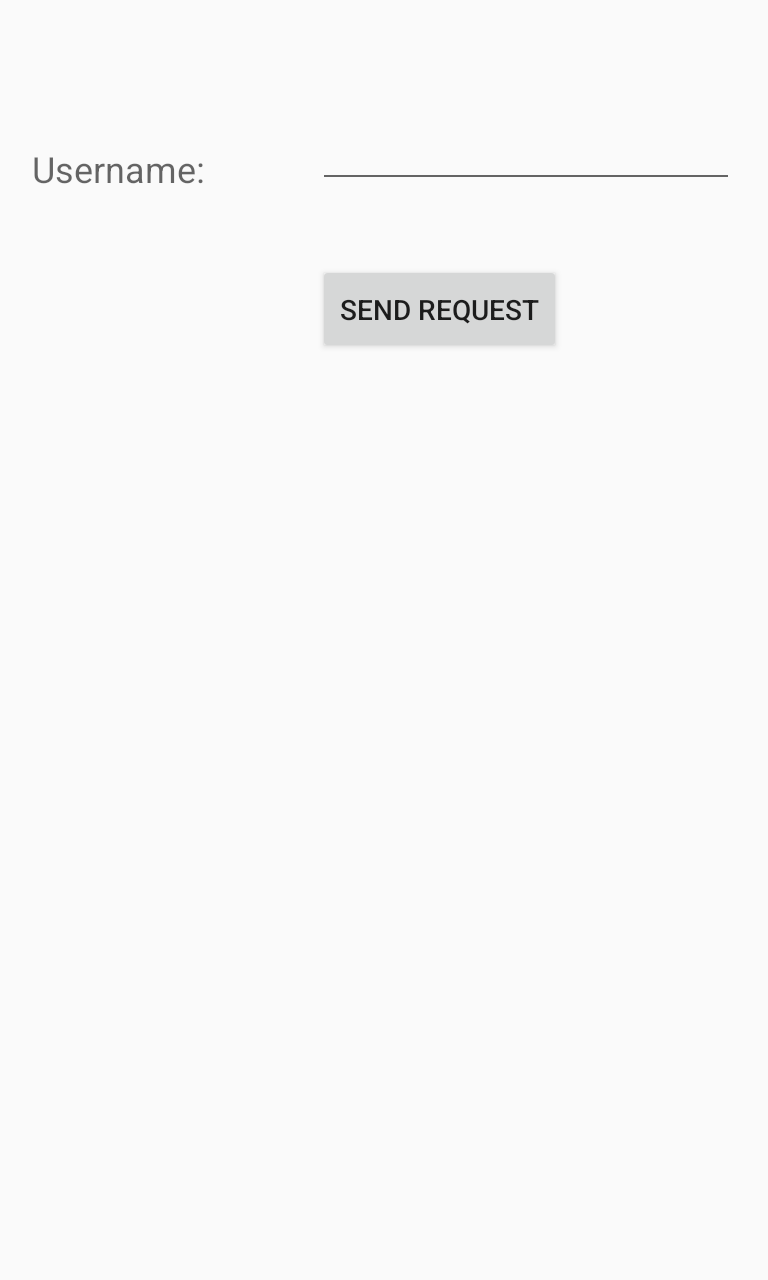
Repository: Sagarsaurus/Ecco
Layout: Ecco/res/layout/activity_home.xml
An editor plug-in stored every save of this project. The layout is shown before and after the next save, followed by the edit.
It is drawn on a 768 x 1280 px phone screen (xhdpi) without system bars, with theme AppTheme; the app's code is not run.

Above is the layout before, as saved 2014-11-17 02:57:23.

After the next save:
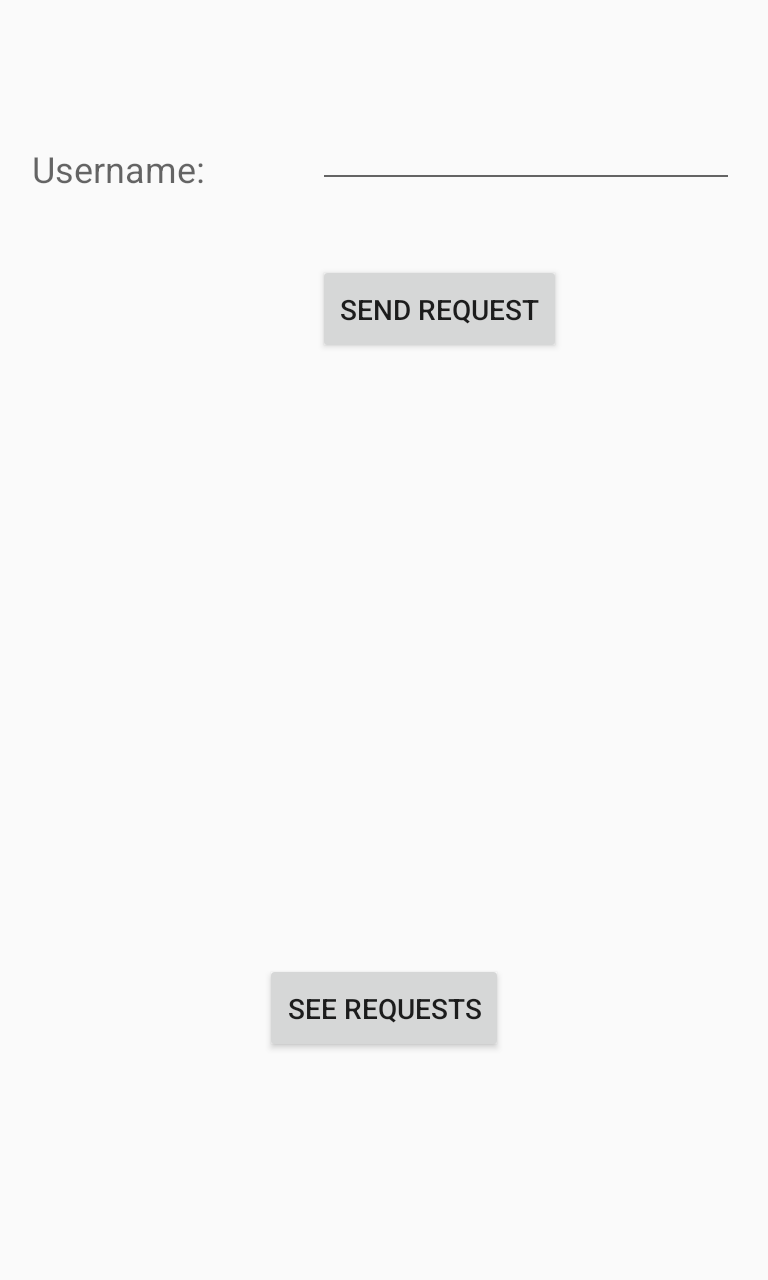
Saved 6 days later.
--- a/Ecco/res/layout/activity_home.xml
+++ b/Ecco/res/layout/activity_home.xml
@@ -36,4 +36,14 @@
         android:onClick="sendRequest"
         android:text="Send Request" />
 
+    <Button
+        android:id="@+id/button2"
+        android:onClick="getFriends"
+        android:layout_width="wrap_content"
+        android:layout_height="wrap_content"
+        android:layout_alignParentBottom="true"
+        android:layout_centerHorizontal="true"
+        android:layout_marginBottom="96dp"
+        android:text="See Requests" />
+
 </RelativeLayout>
